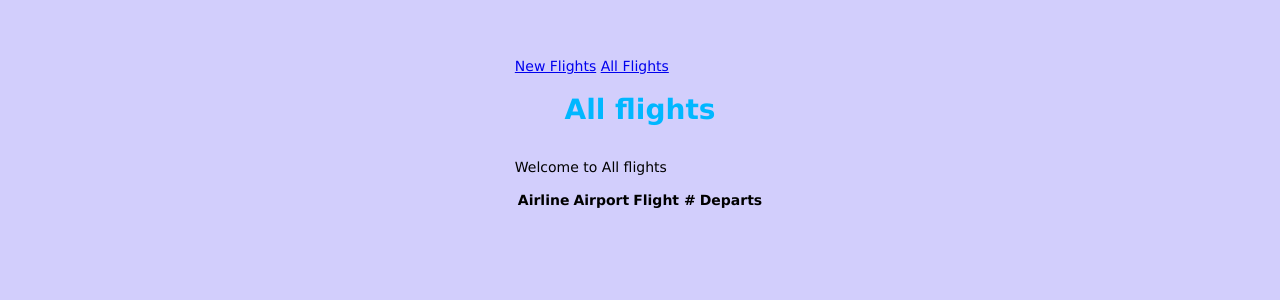
Repository: jmendoza13/mongoose-flights
Page: http://localhost/flights
An editor plug-in stored every save of this project. The page is shown before and after the next save, followed by the edit.
The browser window is 1280 px wide. The pictures show the whole page.
The page is served by the project's Node server (server.js). Queries for data that is not in the repository find no rows.

Above is the page before, as saved 2022-07-18 16:02:42.

After the next save:
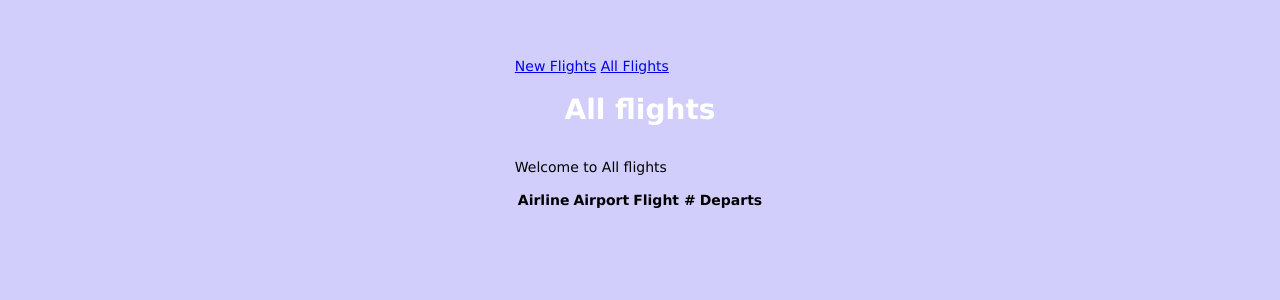
Saved 11 s later.
--- a/public/stylesheets/style.css
+++ b/public/stylesheets/style.css
@@ -11,7 +11,7 @@ body {
 s
 nav, h1 {
   display: flex;
-  color: #00B7FF;
+  color: #ffffff;
   justify-content: center;
   align-items: center;
 }
